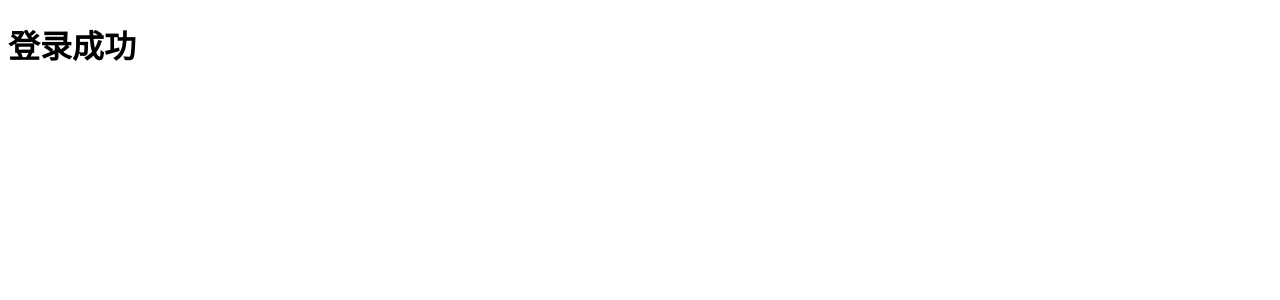
Repository: qqloli/fight
Page: http://localhost/s2sh/loginafter2.jsp
The author's editor kept a copy of each file at every save. The page is drawn from the files as they stood at one save, then again after the next save.
The browser window is 1280 px wide. The pictures show the whole page.
The page is served by Tomcat 9. Nobody is signed in. The application's start-up code is not run. Other server files are loaded and not shown.

Above is the page before, as saved 2019-06-19 02:00:32.

### eclipse/s2sh/WebContent/loginafter2.jsp
<%@ page language="java" contentType="text/html; charset=utf-8"
    pageEncoding="utf-8"%>
<!DOCTYPE html PUBLIC "-//W3C//DTD HTML 4.01 Transitional//EN" "http://www.w3.org/TR/html4/loose.dtd">
<html>
<head>
<meta http-equiv="Content-Type" content="text/html; charset=utf-8">
<title></title>
</head>
<body>
<h1>登录成功</h1>
</body>
</html>

After the next save:
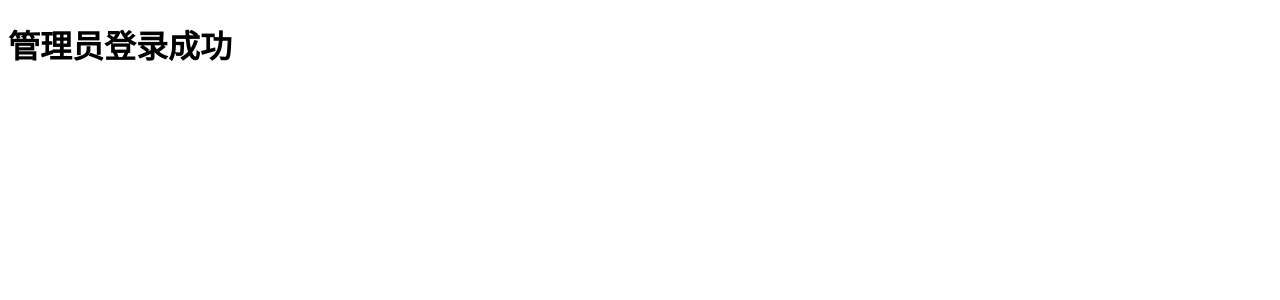
Saved 24 s later.
--- a/eclipse/s2sh/WebContent/loginafter2.jsp
+++ b/eclipse/s2sh/WebContent/loginafter2.jsp
@@ -7,6 +7,6 @@
 <title></title>
 </head>
 <body>
-<h1>登录成功</h1>
+<h1>管理员登录成功</h1>
 </body>
 </html>
